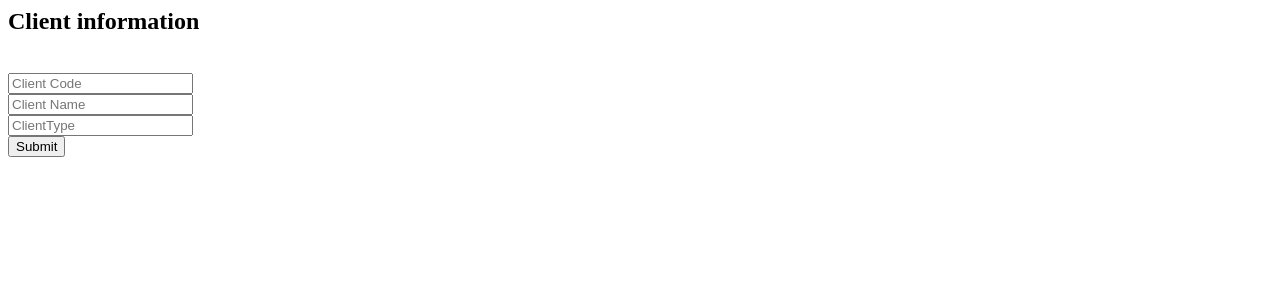
Repository: Kdewitt2/solarPV_DeWitt
Page: mysite/testStandardForm/templates/clientForm/index.html
An editor plug-in stored every save of this project. The page is shown before and after the next save, followed by the edit.
The browser window is 1280 px wide. The pictures show the whole page.

Above is the page before, as saved 2020-05-04 19:28:32.

After the next save:
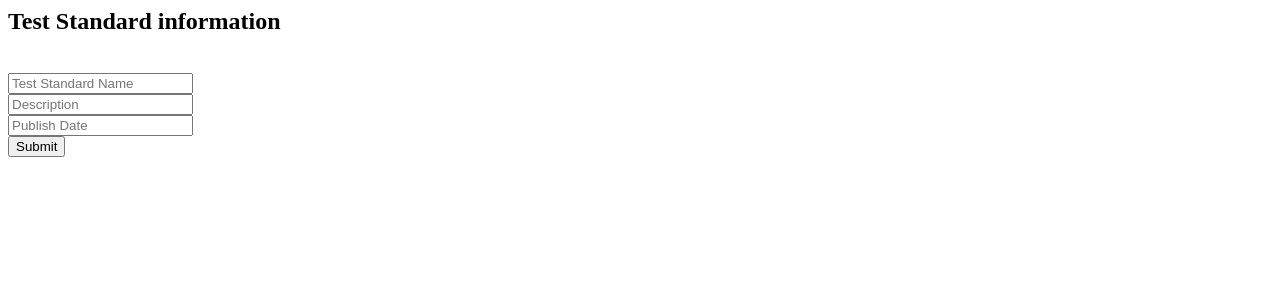
Saved 2 min 13 s later.
--- a/mysite/testStandardForm/templates/clientForm/index.html
+++ b/mysite/testStandardForm/templates/clientForm/index.html
@@ -1,16 +1,16 @@
 
-<!---------------->
-<!--Client Form-->
-<!---------------->
+<!---------------------->
+<!--Test Standard Form-->
+<!---------------------->
 <section>
 <body>
     <div id="container">
         <div id="main">
             <form>
-            <h1>Client information</h1> <br>
-            <input type="text" name="clientCode" placeholder="Client Code" required><br>
-            <input type="text" name="clientName" placeholder="Client Name" required><br>
-            <input type="text" name="clientType" placeholder= "ClientType"><br>
+            <h1>Test Standard information</h1> <br>
+            <input type="text" name="" placeholder="Test Standard Name" required><br>
+            <input type="text" name="" placeholder="Description" required><br>
+            <input type="text" name="" placeholder="Publish Date" required><br>
             <input type="submit" value="Submit">
         </form>
 
